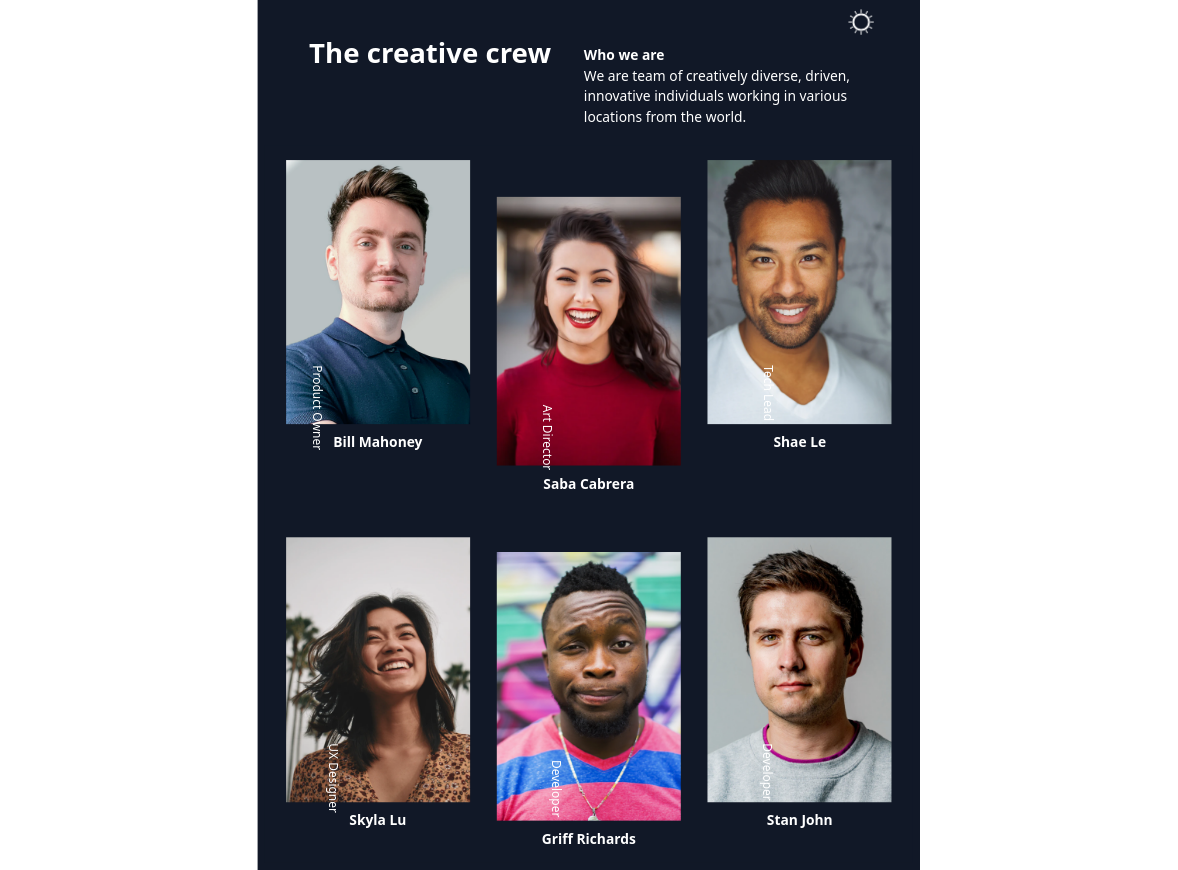
Repository: Alzate1075/Funval-G3-N2
Page: /
An editor plug-in stored every save of this project. The page is shown before and after the next save, followed by the edit.
The browser window is 1280 px wide. The pictures show the whole page, at 92% of full size.
The project was rebuilt for these pictures with package versions that can differ from the ones it lists, and the page was loaded fresh each time. Also part of the build but not shown: vite.config.js.

Above is the page before, as saved 2025-07-03 11:07:39.

After the next save:
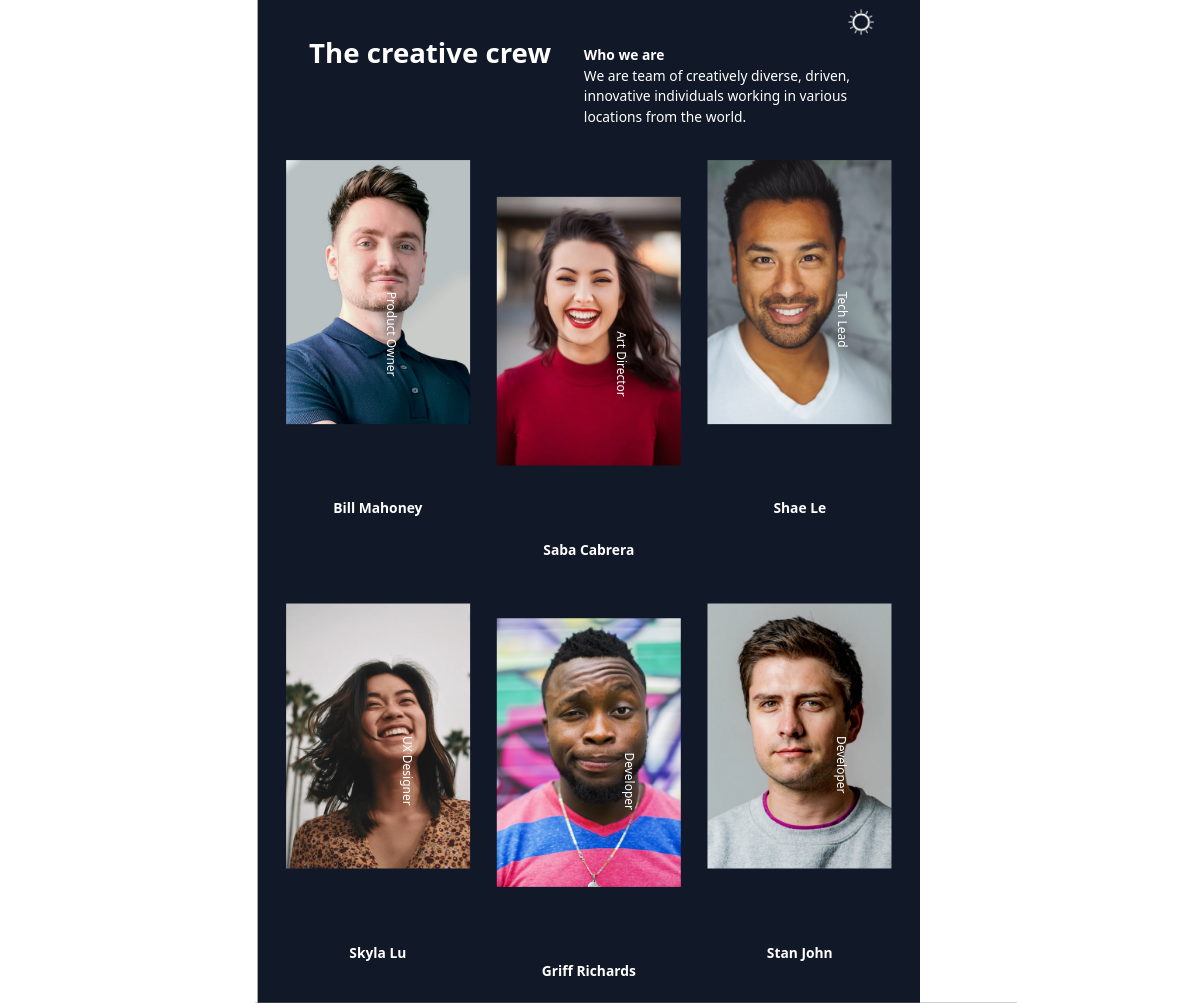
Saved 65 s later.
--- a/src/components/TeamCard.jsx
+++ b/src/components/TeamCard.jsx
@@ -4,11 +4,11 @@
     <div className={`${props.extraClass}`}>
       <div className="text-black md:text-white md:flex md:items-center md:justify-center gap-2 relative">
         <img src={props.image} alt={props.name} className="md:w-[200px] w-20" />
-        <span className="absolute right-0 top-1/2 -translate-y-1/2 rotate-90 origin-left text-[10px] md:text-[13px] pl-20">
+        <span className="absolute right-0 top-1/2 -translate-y-1/2 rotate-90 origin-left text-[10px] md:text-[13px]">
           {props.role}
         </span>
       </div>
-      <div className="md:text-white text-center mt-2">
+      <div className="md:text-white text-center mt-20">
         <h3 className="font-semibold text-[12px] md:text-[15px]">
           {props.name}
         </h3>

After the save that followed:
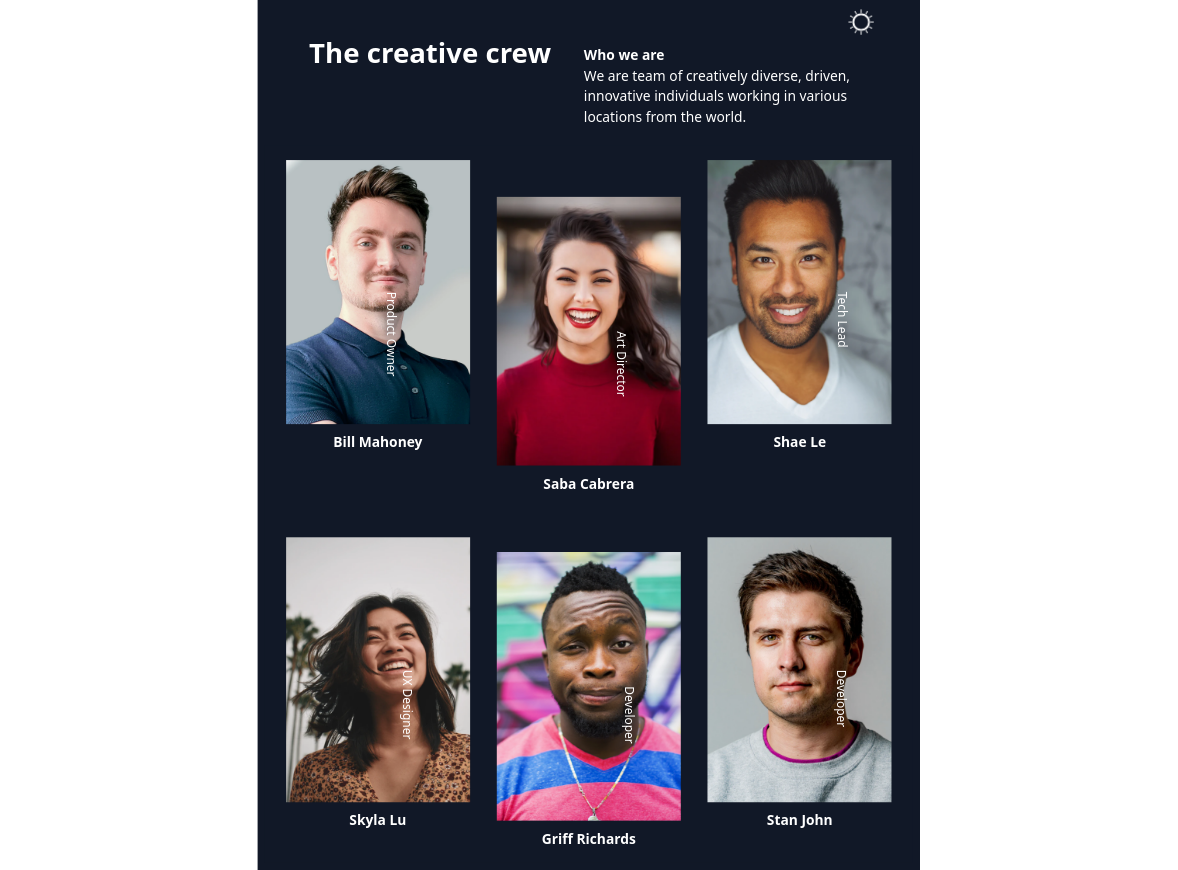
Saved 16 s later.
--- a/src/components/TeamCard.jsx
+++ b/src/components/TeamCard.jsx
@@ -8,7 +8,7 @@
           {props.role}
         </span>
       </div>
-      <div className="md:text-white text-center mt-20">
+      <div className="md:text-white text-center mt-2">
         <h3 className="font-semibold text-[12px] md:text-[15px]">
           {props.name}
         </h3>
